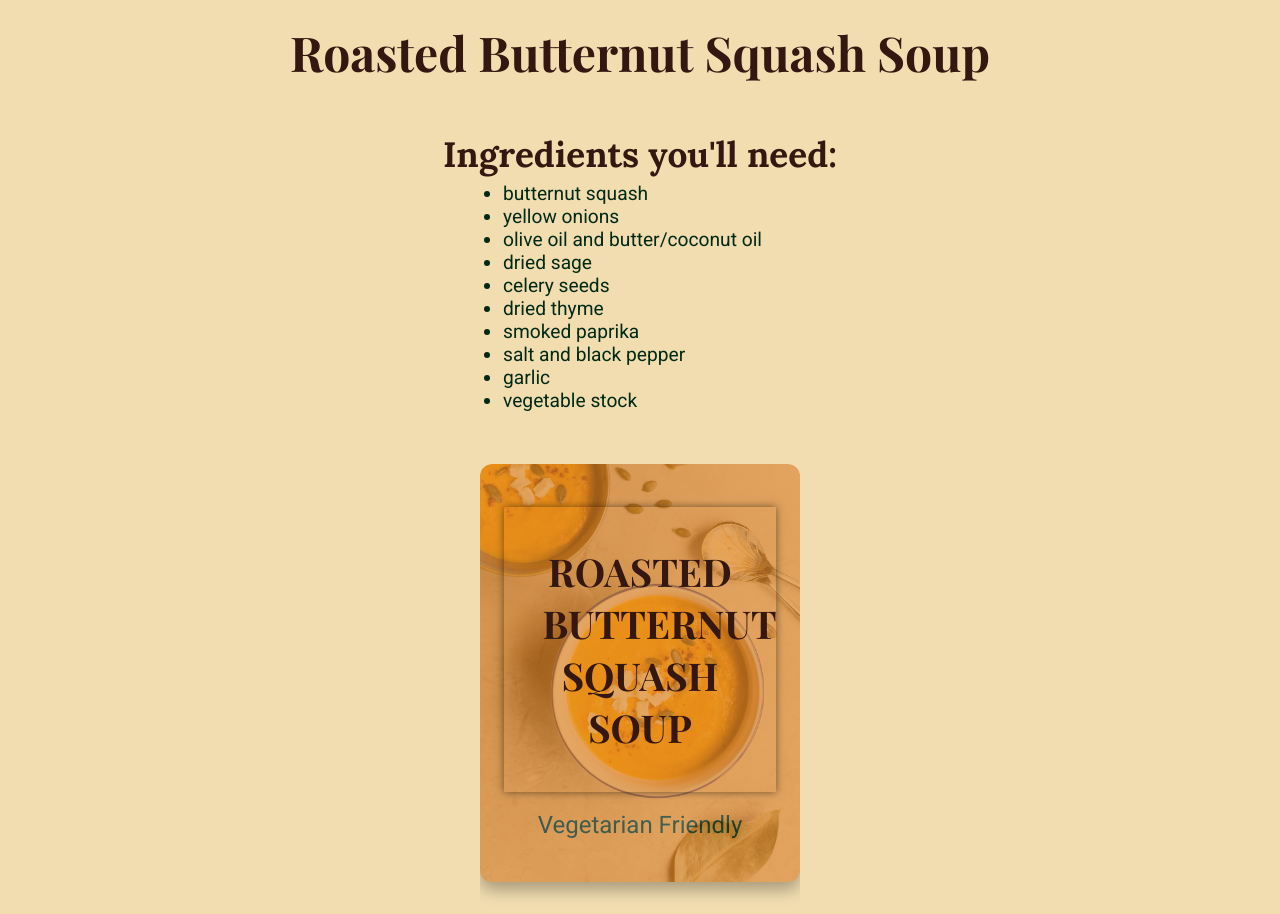
Repository: IDMX225/css-card-flip-LyssaMA
Page: src/index.html
An editor plug-in stored every save of this project. The page is shown before and after the next save, followed by the edit.
The browser window is 1280 px wide. The pictures show the whole page.
The style sheet was rebuilt from its Sass, Less or Tailwind sources for each picture, by a compiler version that may differ from the author's.

Above is the page before, as saved 2024-11-12 22:54:18.
Not found: src/js/index.js

### src/index.html
<!DOCTYPE html>
<html lang="en">

<head>
  <meta charset="UTF-8">
  <meta name="viewport" content="width=device-width, initial-scale=1.0">
  <meta name="description" content="A modern CSS page">
  <meta name="generator" content="Eleventy v1.2">
  <title>Recipe</title>
  <link rel="shortcut icon" href="images/squash.png" type="image/png">
  <link rel="stylesheet" href="css/main.css">
</head>

<body>
  <!-- Title above the card -->
  <div class="title-above-card">Roasted Butternut Squash Soup</div>

  <!-- Ingredients Section -->
  <div class="ingredients">
    <div class="ingredients-heading">Ingredients you'll need:</div>
    <ul class="ingredients-list">
      <li>butternut squash</li>
      <li>yellow onions</li>
      <li>olive oil and butter/coconut oil</li>
      <li>dried sage</li>
      <li>celery seeds</li>
      <li>dried thyme</li>
      <li>smoked paprika</li>
      <li>salt and black pepper</li>
      <li>garlic</li>
      <li>vegetable stock</li>
    </ul>
  </div>

  <!-- The Card with the Recipe Title inside -->
  <div class="card">
    <div class="card__content">
      <div class="card__front">
        <!-- Image added to the front -->
        <img src="images/squashsoup.jpg" alt="Roasted Butternut Squash Soup" class="card__image">
        <h3 class="card__title">Roasted Butternut Squash Soup</h3>
        <p class="card__subtitle">Vegetarian Friendly</p>
      </div>

      <div class="card__back">
        <p class="card__body">To roast the squash, simply place the seasoned squash onto two large baking sheets lined
          with aluminum foil for easy cleanup. Roast in the oven for 45 minutes at 400°F.
          There's no need to flip over the squash halfway through roasting. Just let it go for 45 minutes and that's it!
          Enjoy!</p>
      </div>
    </div>
  </div>

  <script src="js/index.js"></script>
</body>

</html>

### src/sass/main.scss
/* Import Google Fonts */
@import url('https://fonts.googleapis.com/css2?family=Roboto:wght@400;700&display=swap');
@import url('https://fonts.googleapis.com/css2?family=Playfair+Display:wght@400;700&display=swap');
@import url('https://fonts.googleapis.com/css2?family=Lora:wght@400;700&display=swap');

:root {
  --level-three: translateZ(9rem);
  --fw-normal: 400;
  --fw-bold: 700;
  --clr: #e08624; /* Squash Soup Orange */
  --clr-dark: #331710; /* Dark brown for the card back */
  --font-family-roboto: 'Roboto', sans-serif;
  --font-family-playfair: 'Playfair Display', serif;
  --font-family-lora: 'Lora', serif;
}

/* Universal Reset */
*,
*::before,
*::after {
  box-sizing: border-box;
  margin: 0;
}

/* Body */
body {
  font-family: var(--font-family-roboto);
  height: 100vh;
  display: grid;
  place-items: center;
  padding: 20px;
  background-color: #f1ddb0;
}

/* Title Above Card */
.title-above-card {
  font-family: var(--font-family-playfair);
  font-size: 3rem;
  font-weight: var(--fw-bold);
  text-align: center;
  margin-bottom: 1em;
  color: #331710;
}

/* Ingredients Section */
.ingredients {
  text-align: center;
  margin-bottom: 2em;
}

.ingredients-heading {
  font-family: var(--font-family-lora);
  font-size: 2.2rem;
  font-weight: var(--fw-bold);
  color: #331710;
  margin-bottom: 5px;
}

.ingredients-list {
  text-align: left;
  font-family: var(--font-family-roboto);
  font-size: 1.2rem;
  color: #022915; /* Dark green color */
  list-style-type: disc;
  margin-left: 20px;
}

/* Card Container */
.card {
  width: 320px;
  height: 450px;
  perspective: 1200px; /* 3D Perspective */
  border-radius: 12px;
  overflow: hidden;
  padding-bottom: 2em;
  display: flex;
  flex-direction: column;
  position: relative;
  margin-top: 20px;
  margin-bottom: 10px;
  transition: transform 0.8s ease-out; /* Smooth scaling */
}

/* Card Content */
.card__content {
  position: relative;
  width: 100%;
  height: 100%;
  transform-style: preserve-3d;
  transition: transform 0.6s;
}

.card:hover .card__content {
  transform: rotateY(180deg); /* 3D Flip Effect */
}

/* Front and Back of the Card */
.card__front,
.card__back {
  position: absolute;
  top: 0;
  left: 0;
  right: 0;
  bottom: 0;
  backface-visibility: hidden;
  display: flex;
  justify-content: center;
  align-items: center;
  border-radius: 12px;
  box-sizing: border-box;
  width: 100%;
  height: 100%;
}

/* Front of the Card */
.card__front {
  background-color: var(--clr);
  color: #022c17;
  padding: 1.5em;
  border-radius: 12px;
  box-shadow: 0 8px 16px rgba(0, 0, 0, 0.3);
  position: relative;
  display: flex;
  flex-direction: column;
  justify-content: center;
  align-items: center;
  text-align: center;
  z-index: 1;
  overflow: hidden;
}

/* Image on the Front of the Card */
.card__image {
  position: absolute;
  top: 0;
  left: 0;
  right: 0;
  bottom: 0;
  width: 100%;
  height: 100%;
  object-fit: cover;
  opacity: 0.3;
  z-index: 0;
  object-position: center;
}

/* Title on Card Front */
.card__title {
  font-family: var(--font-family-playfair);
  font-size: 2.4rem;
  font-weight: var(--fw-bold);
  text-transform: uppercase;
  color: #331710;
  box-shadow: 0 0 8px rgba(0, 0, 0, 0.5);
  padding: 1em;
  text-align: center;
  position: relative;
  z-index: 2;
  width: 100%;
  box-sizing: border-box;
  margin-bottom: 0.5em;
}

/* Subtitle on Card */
.card__subtitle {
  font-family: var(--font-family-roboto);
  font-size: 1.5rem;
  font-weight: var(--fw-normal);
  text-align: center;
  margin-top: 0;
}

/* Back of the Card */
.card__back {
  background: var(--clr-dark);
  color: #f7d07d;
  transform: rotateY(180deg);
  border-radius: 12px;
  padding: 2em;
  box-sizing: border-box;
  text-align: center;
  z-index: 1;
  overflow: hidden;
}

/* Body Text on Back */
.card__body {
  font-family: var(--font-family-roboto);
  font-size: 1.1rem;
  line-height: 1.5;
  text-align: center;
  max-width: 90%;
  box-sizing: border-box;
  padding: 1em;
}

/* Hover Effects */
.card:hover {
  transform: scale(1.05); /* Slightly scale up the card */
}

/* Shadow Effect on Hover */
.card:hover .card__front,
.card:hover .card__back {
  box-shadow: 0 8px 20px rgba(0, 0, 0, 0.3), 0 0 30px rgba(0, 0, 0, 0.5);
}

After the next save:
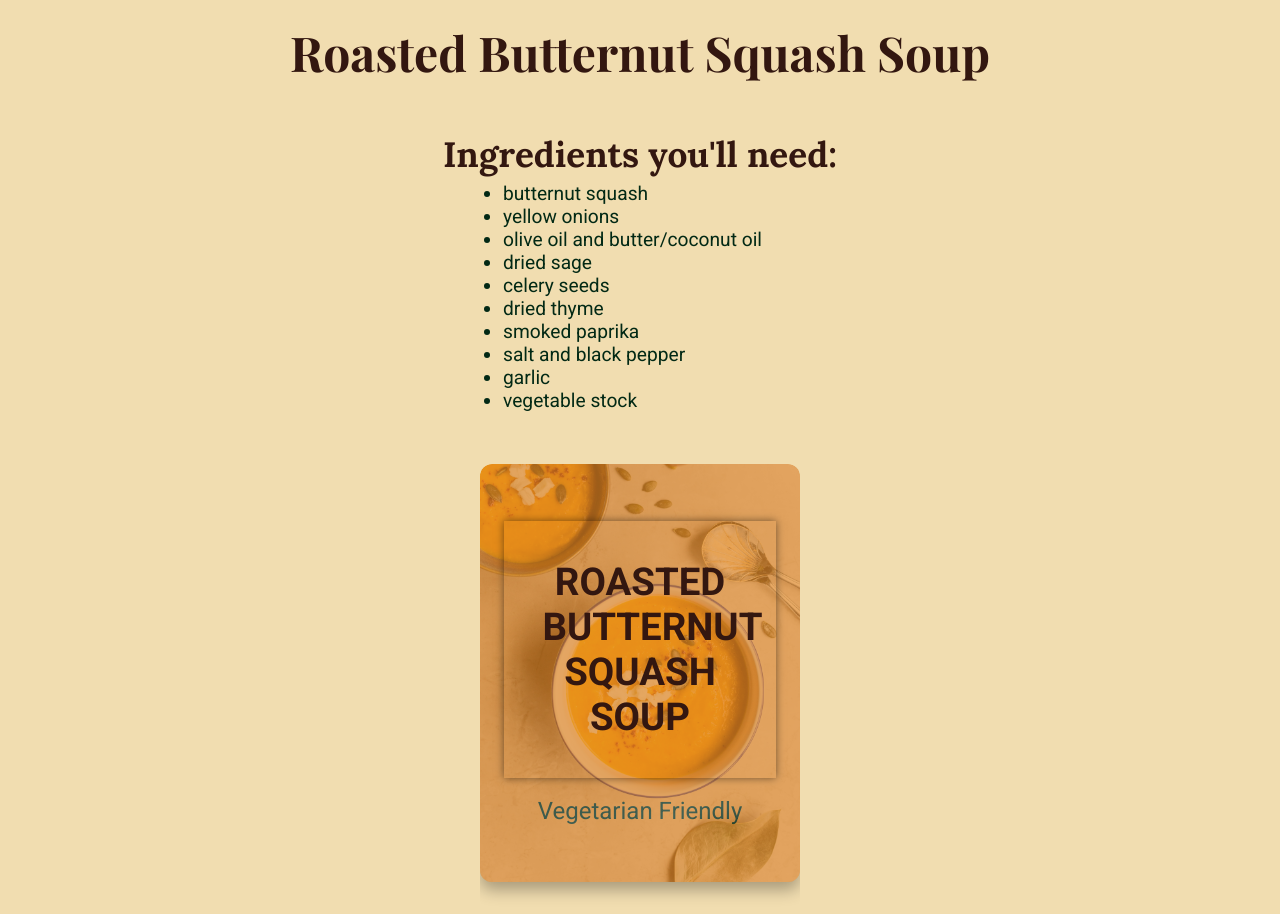
Saved 2 min 34 s later.
--- a/src/sass/main.scss
+++ b/src/sass/main.scss
@@ -146,7 +146,7 @@ body {
 
 /* Title on Card Front */
 .card__title {
-  font-family: var(--font-family-playfair);
+  font-family: var(--font-family-roboto); /* Changed back to Roboto */
   font-size: 2.4rem;
   font-weight: var(--fw-bold);
   text-transform: uppercase;
